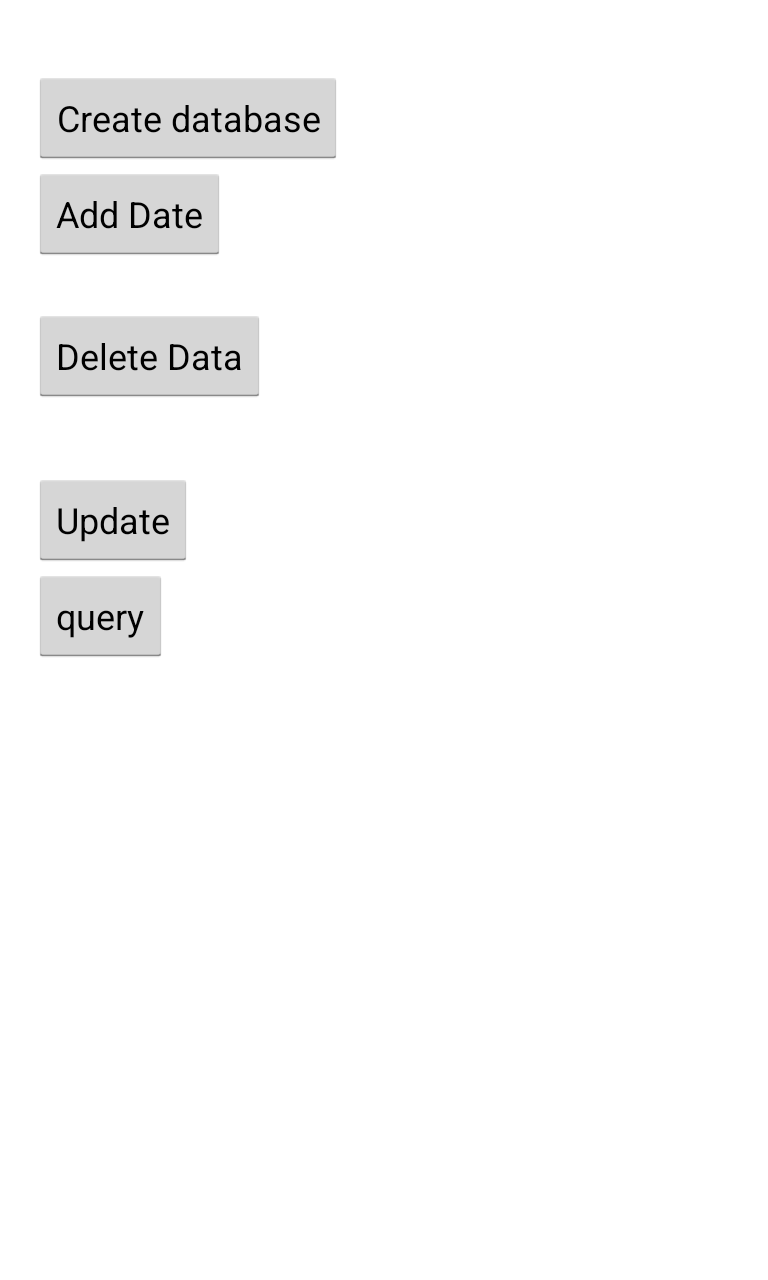
Repository: superlikex/Android_task
Layout: DatabaseTest/res/layout/activity_main.xml
An editor plug-in stored every save of this project. The layout is shown before and after the next save, followed by the edit.
It is drawn on a 768 x 1280 px phone screen (xhdpi) without system bars, with theme AppTheme; the app's code is not run.

Above is the layout before, as saved 2015-12-06 13:00:14.

### DatabaseTest/res/layout/activity_main.xml
<LinearLayout xmlns:android="http://schemas.android.com/apk/res/android"
    xmlns:tools="http://schemas.android.com/tools"
    android:layout_width="match_parent"
    android:layout_height="match_parent"
    android:orientation="vertical"
    android:paddingBottom="@dimen/activity_vertical_margin"
    android:paddingLeft="@dimen/activity_horizontal_margin"
    android:paddingRight="@dimen/activity_horizontal_margin"
    android:paddingTop="@dimen/activity_vertical_margin"
    tools:context="com.example.databasetest.MainActivity" >

    <Button
        android:id="@+id/create_database"
        android:layout_width="wrap_content"
        android:layout_height="wrap_content"
        android:layout_marginTop="19dp"
        android:text="Create database" />

    <Button
        android:id="@+id/bt_add"
        android:layout_width="wrap_content"
        android:layout_height="wrap_content"
        android:text="Add Date" />

    <Button
        android:id="@+id/bt_delete"
        android:layout_width="wrap_content"
        android:layout_height="wrap_content"

        android:layout_marginTop="23dp"
        android:text="Delete Data" />

    <Button
        android:id="@+id/bt_update"
        android:layout_width="wrap_content"
        android:layout_height="wrap_content"

        android:layout_marginTop="34dp"
        android:text="Update" />

    <Button
        android:id="@+id/bt_query"
        android:layout_width="wrap_content"
        android:layout_height="wrap_content"

        android:layout_marginBottom="34dp"
        android:text="query" />

</LinearLayout>

Loaded but not shown: DatabaseTest/res/values/styles.xml (common file); DatabaseTest/res/values-v11/styles.xml (common file); DatabaseTest/res/values-v14/styles.xml (common file); DatabaseTest/res/values/dimens.xml (common file); DatabaseTest/res/values-w820dp/dimens.xml (common file)

After the next save:
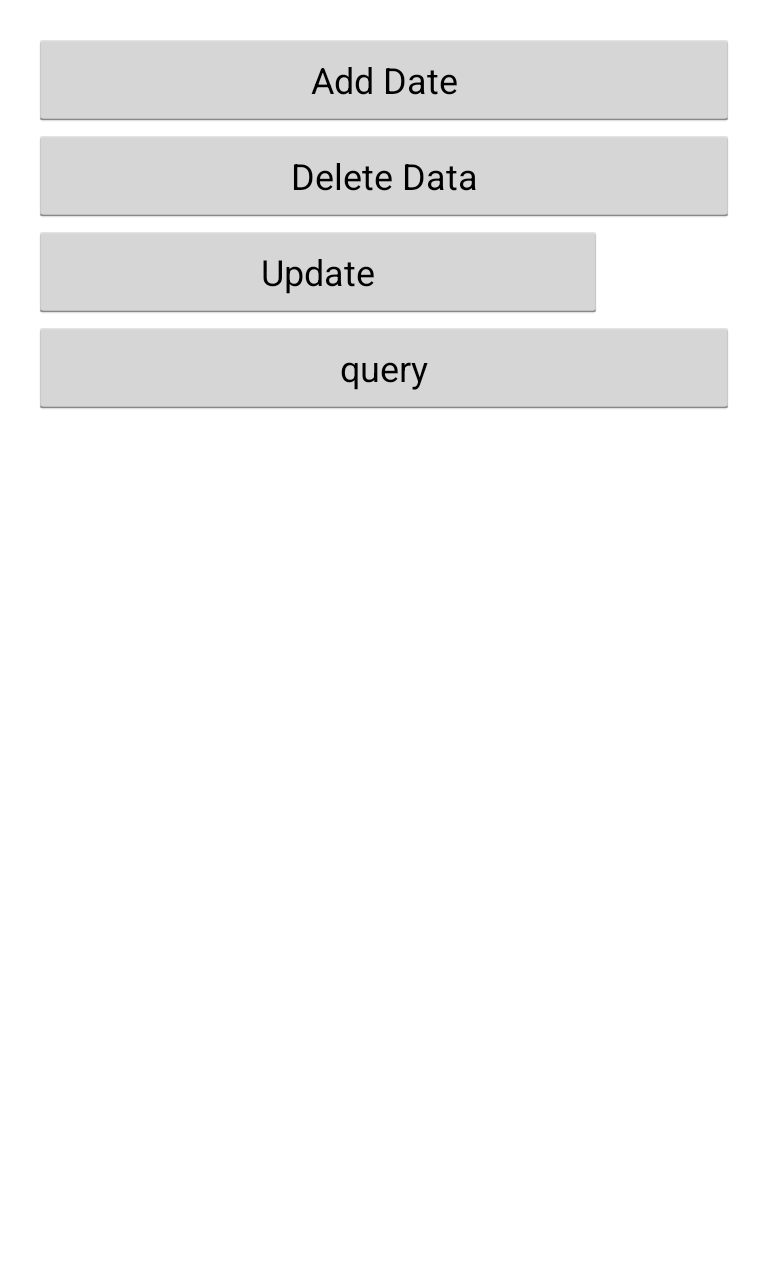
Saved 12 min 15 s later.
--- a/DatabaseTest/res/layout/activity_main.xml
+++ b/DatabaseTest/res/layout/activity_main.xml
@@ -10,40 +10,30 @@
     tools:context="com.example.databasetest.MainActivity" >
 
     <Button
-        android:id="@+id/create_database"
-        android:layout_width="wrap_content"
-        android:layout_height="wrap_content"
-        android:layout_marginTop="19dp"
-        android:text="Create database" />
-
-    <Button
         android:id="@+id/bt_add"
-        android:layout_width="wrap_content"
+        android:layout_width="match_parent"
         android:layout_height="wrap_content"
         android:text="Add Date" />
 
     <Button
         android:id="@+id/bt_delete"
-        android:layout_width="wrap_content"
+        android:layout_width="match_parent"
         android:layout_height="wrap_content"
 
-        android:layout_marginTop="23dp"
         android:text="Delete Data" />
 
     <Button
         android:id="@+id/bt_update"
-        android:layout_width="wrap_content"
+        android:layout_width="286dp"
         android:layout_height="wrap_content"
 
-        android:layout_marginTop="34dp"
         android:text="Update" />
 
     <Button
         android:id="@+id/bt_query"
-        android:layout_width="wrap_content"
+        android:layout_width="match_parent"
         android:layout_height="wrap_content"
 
-        android:layout_marginBottom="34dp"
         android:text="query" />
 
 </LinearLayout>
